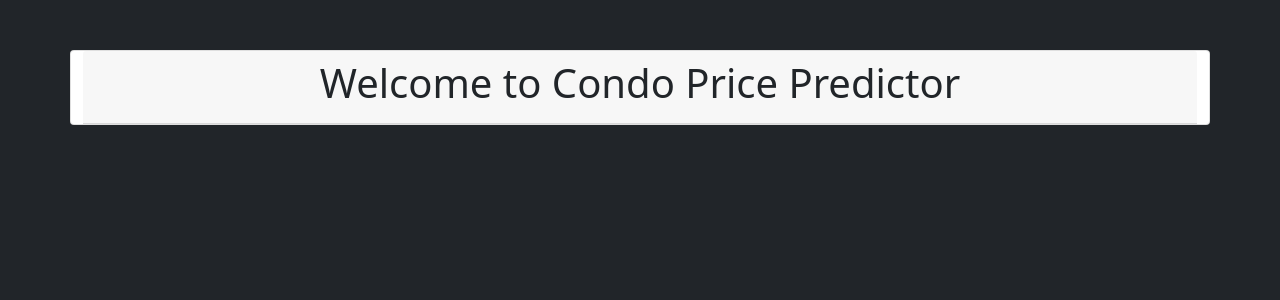
Repository: myothida/condoprice_CNX
Page: http://localhost/
The author's editor kept a copy of each file at every save. The page is drawn from the files as they stood at one save, then again after the next save.
The browser window is 1280 px wide. The pictures show the whole page.
The page is served by the project's application, run on Flask 3 (main.py).

Above is the page before, as saved 2023-09-26 21:41:35.

After the next save:
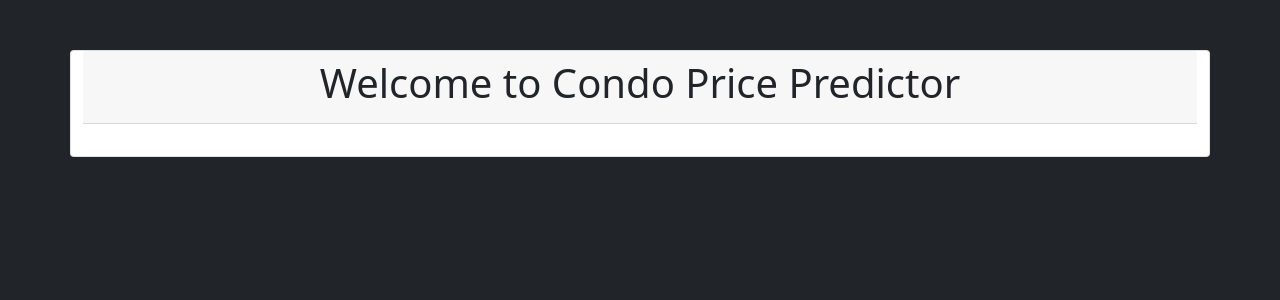
Saved 35 s later.
--- a/templates/index.html
+++ b/templates/index.html
@@ -22,6 +22,7 @@
           <div class="card-header" style="text-align: center">
             <h1>Welcome to Condo Price Predictor</h1>
           </div>
+          <div class="card-body"></div>
         </div>
       </div>
     </div>
